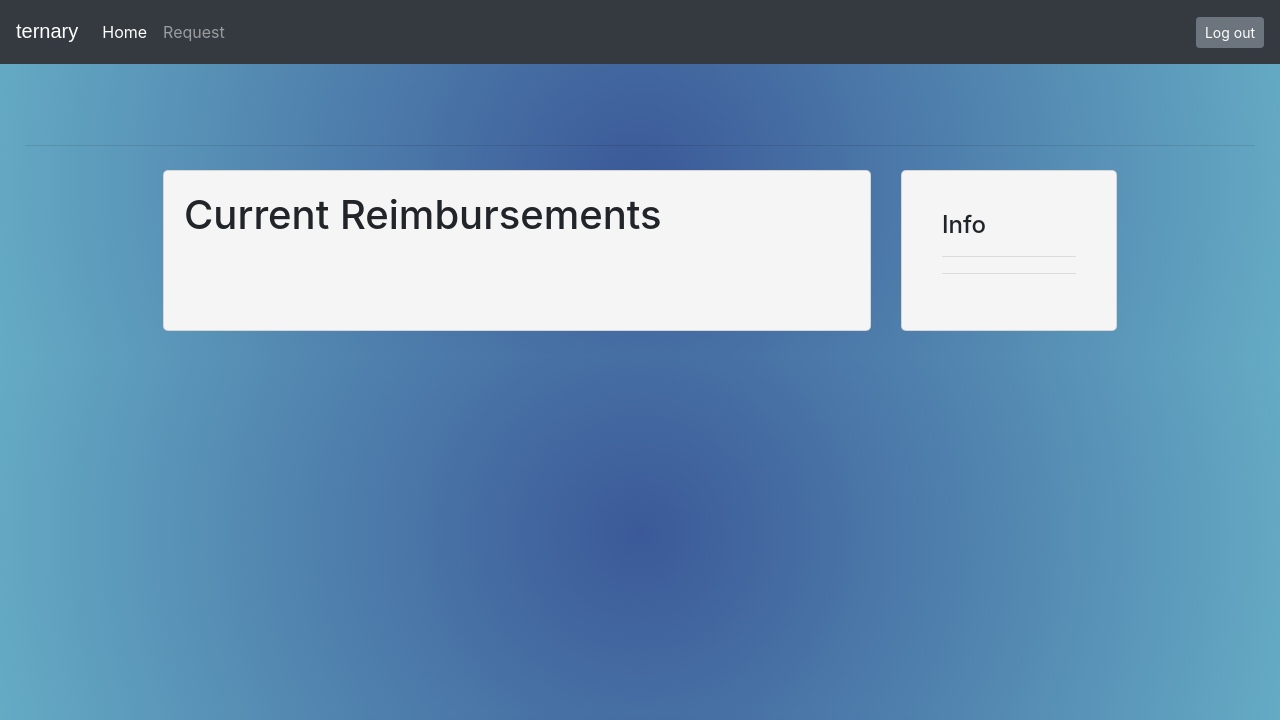
Repository: amilevich/1203PegaBatch
Page: David_Hincapie_Code/TRMS/src/main/webapp/html/home.html
These files come from the project's save history. The page is drawn as it stood at one moment and after the next save; the edit follows.
The browser window is 1280 px wide. The pictures show the whole page.
The page's requests for data from a server got no answer. Some web fonts or font styles are not loaded; a fallback is used. Some web libraries are served in a nearby version.

Above is the page before, as saved 2019-01-09 14:43:28.

### David_Hincapie_Code/TRMS/src/main/webapp/html/home.html
<!DOCTYPE html>
<html>
<head>
<meta charset="UTF-8">
<title>ternary Home</title>
<link href="https://fonts.googleapis.com/css?family=Ubuntu"
    rel="stylesheet">
<link rel="stylesheet"
    href="https://stackpath.bootstrapcdn.com/bootstrap/4.2.1/css/bootstrap.min.css"
    integrity="sha384-GJzZqFGwb1QTTN6wy59ffF1BuGJpLSa9DkKMp0DgiMDm4iYMj70gZWKYbI706tWS"
    crossorigin="anonymous">
<link rel=stylesheet type="text/css" href="../css/home.css">
</head>
<body>
    <nav class="navbar navbar-expand-lg navbar-dark bg-dark">
        <h2>
            <a class="navbar-brand ternary " id="ternary" href="">ternary</a>
        </h2>
        <button class="navbar-toggler" type="button" data-toggle="collapse"
            data-target="#navbarText" aria-controls="navbarText"
            aria-expanded="false" aria-label="Toggle navigation">
            <span class="navbar-toggler-icon"></span>
        </button>
        <div class="collapse navbar-collapse" id="navbarText">
            <ul class="navbar-nav mr-auto">
                <li class="nav-item active"><a class="nav-link"
                     onClick="onClickHome();" href=#>Home <span class="sr-only">(current)</span>
                </a></li>
                <li class="nav-item"><a class="nav-link"
                    href="reimbursement.html">Request</a></li>
            </ul>
            <form action="login.html">
                <input type="submit" class="btn btn-secondary btn-sm"
                    value="Log out" />
            </form>
        </div>
    </nav>
    <br />
    <br />
    <br />
     <br />
    <div class="container-fluid">
        <div class="mx-auto" style="width: 75%">
            <h1 class="display-4 text-white" id="greeting"></h1>
        </div>
        <hr class="my-4">
        <div class="mx-auto" style="width: 80%">
            <div class="row">
                <div class="col-sm-9 col-xs-4">
                    <div class="card  h-100">
                        <h1>Current Reimbursements</h1>
                        <form id="myForm" method="POST" action="viewRequest.do">
                            <div id="requests" class="container"></div>
                        </form>

                    </div>
                </div>
                <div class="col-sm-3 col-xs-2">
                    <div class="card ">
                        <div class="card-body">
                            <h4>Info</h4>
                            <hr>
                            <p id="name"></p>
                            <p id="email"></p>
                            <p id="phoneNumber"></p>
                            <hr>
                            <p id="employeeId"></p>
                            <p id="jobTitle"></p>
                            <p id="departmentName"></p>
                            <p id="reportTo"></p>
                            <p id="reimbursementFunds"></p>
                        </div>
                    </div>
                </div>
            </div>
        </div>
    </div>
    <script src="../js/home.js"></script>
    <script src="https://code.jquery.com/jquery-3.3.1.slim.min.js"
        integrity="sha384-q8i/X+965DzO0rT7abK41JStQIAqVgRVzpbzo5smXKp4YfRvH+8abtTE1Pi6jizo"
        crossorigin="anonymous"></script>
    <script
        src="https://cdnjs.cloudflare.com/ajax/libs/popper.js/1.14.6/umd/popper.min.js"
        integrity="sha384-wHAiFfRlMFy6i5SRaxvfOCifBUQy1xHdJ/yoi7FRNXMRBu5WHdZYu1hA6ZOblgut"
        crossorigin="anonymous"></script>
    <script
        src="https://stackpath.bootstrapcdn.com/bootstrap/4.2.1/js/bootstrap.min.js"
        integrity="sha384-B0UglyR+jN6CkvvICOB2joaf5I4l3gm9GU6Hc1og6Ls7i6U/mkkaduKaBhlAXv9k"
        crossorigin="anonymous"></script>
</body>
</html>

### David_Hincapie_Code/TRMS/src/main/webapp/css/home.css
@charset "UTF-8";

body {
	background: #9CECFB;
	/* fallback for old browsers */
	background: -webkit-linear-gradient(to right, #0052D4, #65C7F7, #9CECFB);
	/* Chrome 10-25, Safari 5.1-6 */
	background: repeating-radial-gradient(circle, #3b5998, #65ABC4);
	/* W3C, IE 10+/ Edge, Firefox 16+, Chrome 26+, Opera 12+, Safari 7+ */
	max-height: 100%;
	max-width: 100%;
}

.ternary {
	text-align: center;
	font-family: 'Ubuntu', sans-serif;
	color: white;
}

.jumbotron {
	border-radius: 1rem;
}

 @charset "UTF-8";

.inactiveLink {
   pointer-events: none;
   cursor: default;
}

body {
	background: #9CECFB;
	/* fallback for old browsers */
	background: -webkit-linear-gradient(to right, #0052D4, #65C7F7, #9CECFB);
	/* Chrome 10-25, Safari 5.1-6 */
	background: repeating-radial-gradient(circle, #3b5998, #65ABC4);
	/* W3C, IE 10+/ Edge, Firefox 16+, Chrome 26+, Opera 12+, Safari 7+ */
	max-height: 100%;
	max-width: 100%;
}

.navbar {
	position: fixed;
	width: 100%;
	z-index: 1;
}

.ternary {
	text-align: center;
	font-family: 'Ubuntu', sans-serif;
	color: darkgrey;
}

.jumbotron {
	border-radius: 1rem;
}

.table {
	border-radius: 10px;
}

.card {
	background-color: whitesmoke;
	border-radius: 5px;
	padding: 20px;
}

.dispaly-4 {
	padding: 10px;
}

.container-fluid {
	padding: 25px;
}

.row {
	padding-right: 15px;
	padding-left: 15px;
}

.card-body {

}

.navbar {

}

.table {
	border-radius: 10px;
}

.card {
	background-color: whitesmoke;
	border-radius: 5px;
	padding: 20px;
}

.card-body {

}

.navbar {

}

### David_Hincapie_Code/TRMS/src/main/webapp/js/home.js
/**
 *
 */

var employee;

window.onload = function() {
	getEmployeeInfo();
	getSupervisorInfo();
	getPendingRequests();
}

function getEmployeeInfo() {
	console.log("IN getEmployeeInfo()");
	let xhttp = new XMLHttpRequest();
	xhttp.onreadystatechange = function() {
		if (xhttp.readyState == 4 && xhttp.status == 200) {
			employee = JSON.parse(xhttp.responseText);
			setEmployeeValues(employee);
		}
	}

	xhttp.open("GET", 'http://localhost:8080/TRMS/html/EmployeeJSON.do', true);
	xhttp.send();
}

function getSupervisorInfo() {
	console.log("IN getSupervisorInfo()");
	let xhttp = new XMLHttpRequest();
	xhttp.onreadystatechange = function() {
		if (xhttp.readyState == 4 && xhttp.status == 200) {
			let supervisor = JSON.parse(xhttp.responseText);
			setSupervisorValues(supervisor);
		}
	}

	xhttp
			.open("GET", 'http://localhost:8080/TRMS/html/SupervisorJSON.do',
					true);
	xhttp.send();
}

function setEmployeeValues(employee) {
	console.log("IN setEmployeeValues()");
	document.getElementById("greeting").innerHTML = "Hello, "
			+ employee.firstName + "!";
	document.getElementById("name").innerHTML = employee.firstName + " "
			+ employee.lastName;
	document.getElementById("email").innerHTML = employee.email;
	document.getElementById("phoneNumber").innerHTML = employee.phoneNumber;
	document.getElementById("employeeId").innerHTML = "Employee ID: "
			+ employee.employeeId;
	document.getElementById("jobTitle").innerHTML = "Position: "
			+ employee.jobTitle;
	document.getElementById("departmentName").innerHTML = "Department: "
			+ employee.departmentName;

	document.getElementById("reimbursementFunds").innerHTML = "Available funds: $"
			+ employee.refund;
}

function setSupervisorValues(supervisor) {
	console.log("IN setSupervisorValues()");
	if (supervisor) {
		document.getElementById("reportTo").innerHTML = "Supervisor: "
				+ supervisor.firstName + " " + supervisor.lastName;
	}
}

function onClick(id) {

	document.getElementById("reqId").value = id;
	document.getElementById("myForm").submit();
}

function onClickHome() {
	console.log("onClickHome");
	document.getElementById("myForm").action = "home.do";
	document.getElementById("myForm").submit();
}

function getPendingRequests() {
	let xhttp = new XMLHttpRequest();
	xhttp.onreadystatechange = function() {
		if (xhttp.readyState == 4 && xhttp.status == 200) {
			let requests = JSON.parse(xhttp.responseText);
			console.log("responseText=" + xhttp.responseText);
			buildHTMLtable(requests);
		}
	}
	xhttp.open("GET", 'http://localhost:8080/TRMS/html/PendingRequestsJSON.do',
			true);
	xhttp.send();
}
function buildHTMLtable(requests) {

//	var dirMgrApproval = "";
//	var deptHeadApproval = "";
//	var bencoApproval = "";
	var htmlString = '<table class="table table-hover">';
	htmlString = htmlString
			+ '<input type="hidden" id="reqId" name="reqId" value=""></input>';
	htmlString = htmlString + '<thead class="thead-dark">';
	htmlString = htmlString + '<th scope="col">Request ID</th>';
	htmlString = htmlString + '<th scope="col">Event Type</th>';
	htmlString = htmlString + '<th scope="col">Completed</th>';
	htmlString = htmlString + '<th scope="col">Amount</th>';
	htmlString = htmlString + '<th scope="col">Status</th>';
	htmlString = htmlString + '</thead>';
	htmlString = htmlString + '<tbody>';

	for (var i = 0; i < requests.length; i++) {

		if (requests[i].directMgrApproval != 0) {
			dirMgrApproval = "Approved";
		} else {
			dirMgrApproval = "Pending";
		}

		if (requests[i].deptHeadApproval != 0) {
			deptHeadApproval = "Approved";
		} else {
			deptHeadApproval = "Pending";
		}

		if (requests[i].bencoApproval != 0) {
			bencoApproval = "Approved";
		} else {
			bencoApproval = "Pending";
		}

		htmlString = htmlString
				+ '<tr data-toggle="collapse" data-target="#moreinfo'
				+ requests[i].requestId + '" '
				+ 'aria-expanded="false" aria-controls="moreinfo'
				+ requests[i].requestId + '" >';
		htmlString = htmlString + '<td>' + requests[i].requestId + '</td>';
		htmlString = htmlString + '<td>' + requests[i].eventType + '</td>';

		let day = requests[i].reimbursementDate.dayOfMonth;
		let month = requests[i].reimbursementDate.monthValue; // Month is 0-indexed
		let year = requests[i].reimbursementDate.year;

		htmlString = htmlString + '<td>' + month +'/' + day + '/'+ year
				+ '</td>';
		htmlString = htmlString + '<td>' + requests[i].projectedReimbursement
				+ '</td>';
		htmlString = htmlString + '<td>' + requests[i].status + '</td>';
		htmlString = htmlString + '</tr>';

		htmlString = htmlString + '<tr class="collapse" id="moreinfo'
				+ requests[i].requestId + '">';
		htmlString = htmlString + '<td colspan="6">';
		htmlString = htmlString + '<div class="container">Description:</div>';
		htmlString = htmlString + '<div class="container">'
				+ requests[i].eventDescription + '</div>';
		htmlString = htmlString + '<br/>';
		htmlString = htmlString + '<div class="row">';


		 day = requests[i].eventStart.dayOfMonth;
		 month = requests[i].eventStart.monthValue; // Month is 0-indexed
		 year = requests[i].eventStart.year;
		htmlString = htmlString + '<div class="col-4">Event Start: '
				+ month +'/' + day + '/'+ year + '</div>';

		 day = requests[i].eventEnd.dayOfMonth;
		 month = requests[i].eventEnd.monthValue; // Month is 0-indexed
		 year = requests[i].eventEnd.year;
		htmlString = htmlString + '<div class="col-4">Event End: '
				+ month +'/' + day + '/'+ year + '</div>';
		htmlString = htmlString + '</div>';
		htmlString = htmlString + '<br/>';
		htmlString = htmlString + '<div class="row">';
		htmlString = htmlString + '<div class="col-4">Direct Manager: '
				+ dirMgrApproval + '</div>';
		htmlString = htmlString + '<div class="col-6">Department Head: '
				+ deptHeadApproval + '</div>';
		htmlString = htmlString + '<div class="col-4">BenCo: ' + bencoApproval
				+ '</div>';
		htmlString = htmlString + '</div>';
		htmlString = htmlString + '<br/>';
		htmlString = htmlString + '<div class="row">';
		htmlString = htmlString + '<div class="col-8"></div>';
		htmlString = htmlString + '<div class="col-4" align="center">';
		htmlString = htmlString + '<input type="button" onClick="onClick('
				+ requests[i].requestId
				+ ');" class="btn btn-outline-dark" value="View More"></input>';
		htmlString = htmlString + '</div>';
		htmlString = htmlString + '</div>';
		htmlString = htmlString + '</td>';
		htmlString = htmlString + '</tr>';

	}

	htmlString = htmlString + '</table>';

	var divContainer = document.getElementById("requests");
	divContainer.innerHTML = "";
	divContainer.innerHTML = htmlString;

}

After the next save:
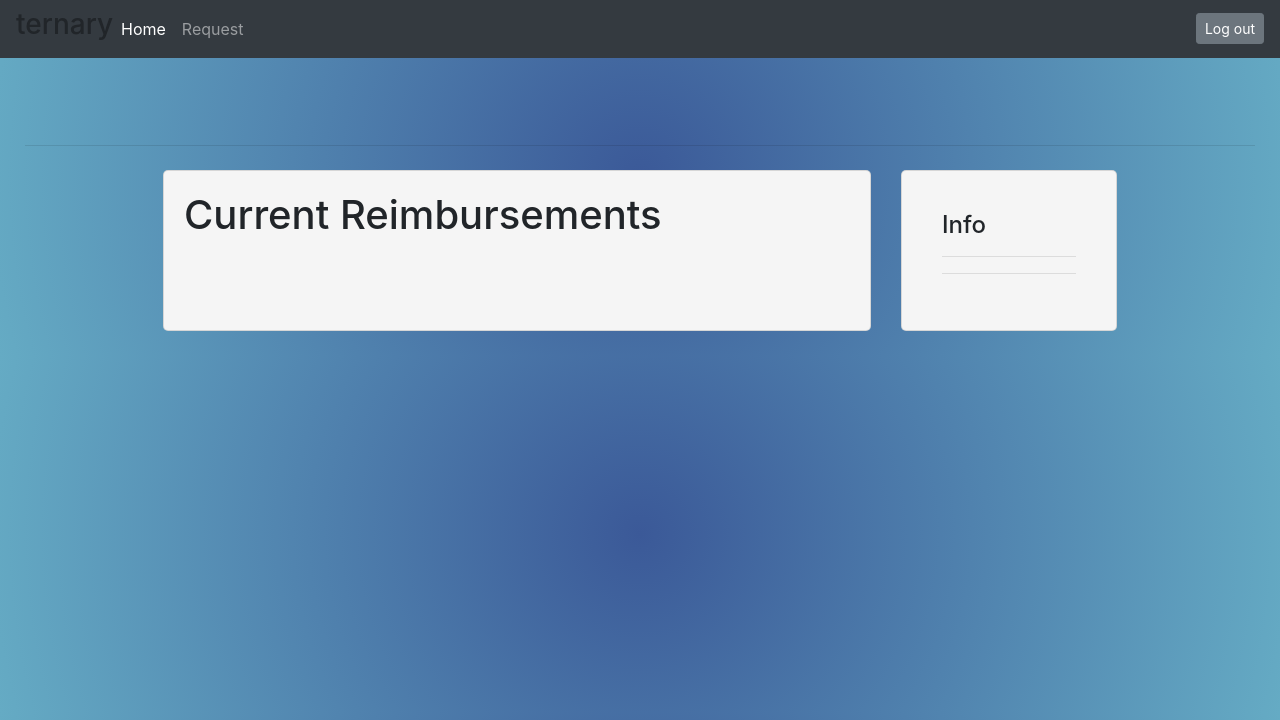
Saved 88 s later.
--- a/David_Hincapie_Code/TRMS/src/main/webapp/html/home.html
+++ b/David_Hincapie_Code/TRMS/src/main/webapp/html/home.html
@@ -13,9 +13,9 @@
 </head>
 <body>
     <nav class="navbar navbar-expand-lg navbar-dark bg-dark">
-        <h2>
-            <a class="navbar-brand ternary " id="ternary" href="">ternary</a>
-        </h2>
+        <h3>
+            ternary
+        </h3>
         <button class="navbar-toggler" type="button" data-toggle="collapse"
             data-target="#navbarText" aria-controls="navbarText"
             aria-expanded="false" aria-label="Toggle navigation">

After the 2 saves that followed:
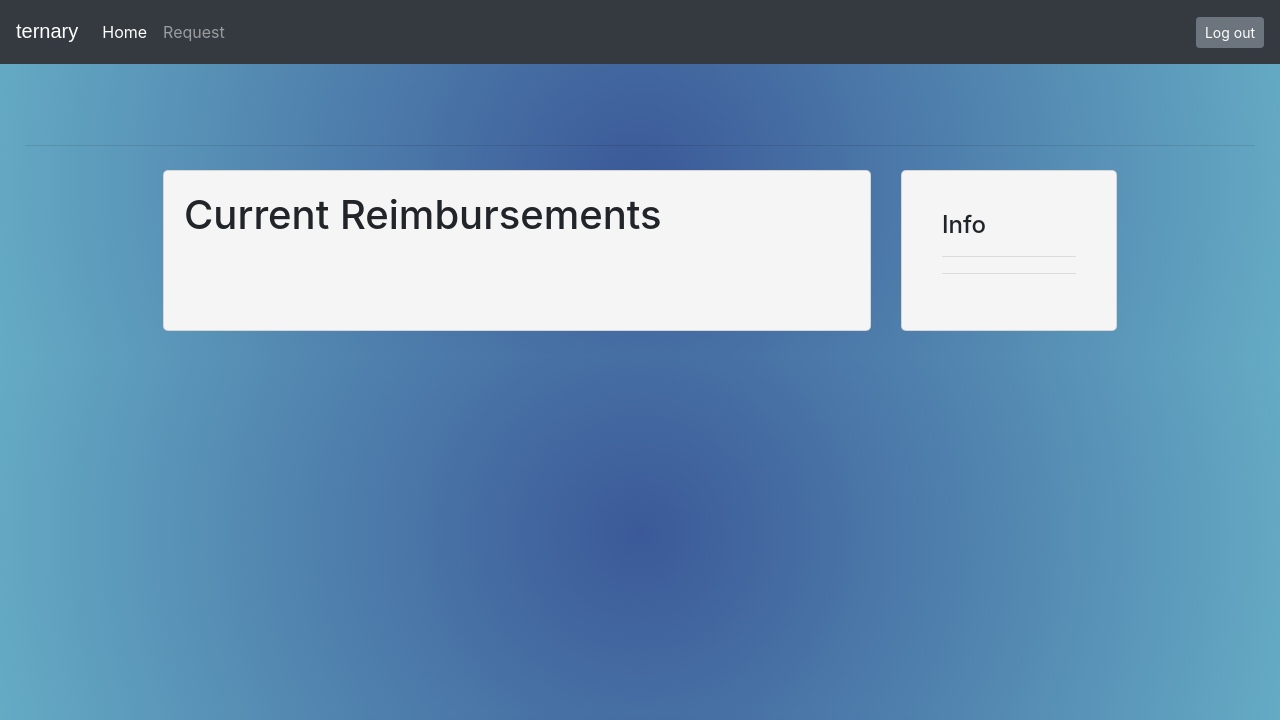
The 2 saves are shown as one change because 1 left the picture as it was.
The last was saved 4 min 51 s later.
--- a/David_Hincapie_Code/TRMS/src/main/webapp/html/home.html
+++ b/David_Hincapie_Code/TRMS/src/main/webapp/html/home.html
@@ -13,9 +13,9 @@
 </head>
 <body>
     <nav class="navbar navbar-expand-lg navbar-dark bg-dark">
-        <h3>
-            ternary
-        </h3>
+        <h2>
+            <a class="navbar-brand ternary " id="ternary" href="">ternary</a>
+        </h2>
         <button class="navbar-toggler" type="button" data-toggle="collapse"
             data-target="#navbarText" aria-controls="navbarText"
             aria-expanded="false" aria-label="Toggle navigation">
--- a/David_Hincapie_Code/TRMS/src/main/webapp/css/home.css
+++ b/David_Hincapie_Code/TRMS/src/main/webapp/css/home.css
@@ -12,7 +12,7 @@ body {
 }
 
 .ternary {
-	text-align: center;
+	text-align: left;
 	font-family: 'Ubuntu', sans-serif;
 	color: white;
 }
